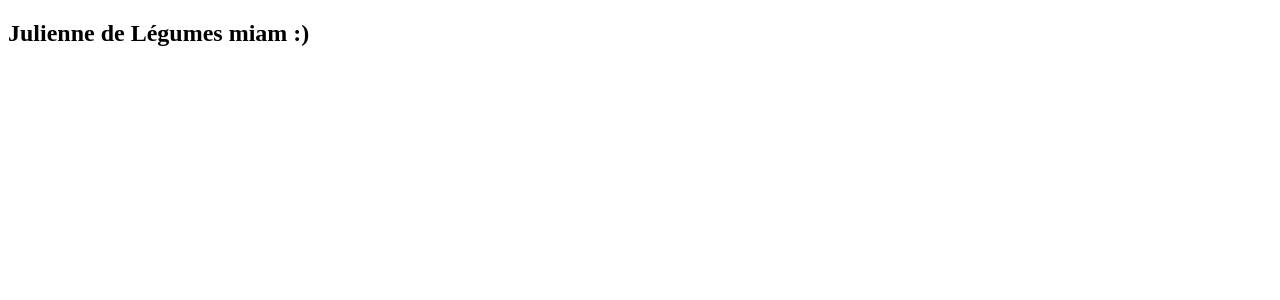
Repository: klevish/marmitonade.github.io
Page: julienne_de_legumes.html
These files come from the project's save history. The page is drawn as it stood at one moment and after the next save; the edit follows.
The browser window is 1280 px wide. The pictures show the whole page.

Above is the page before, as saved 2022-06-13 16:16:02.

After the next save:
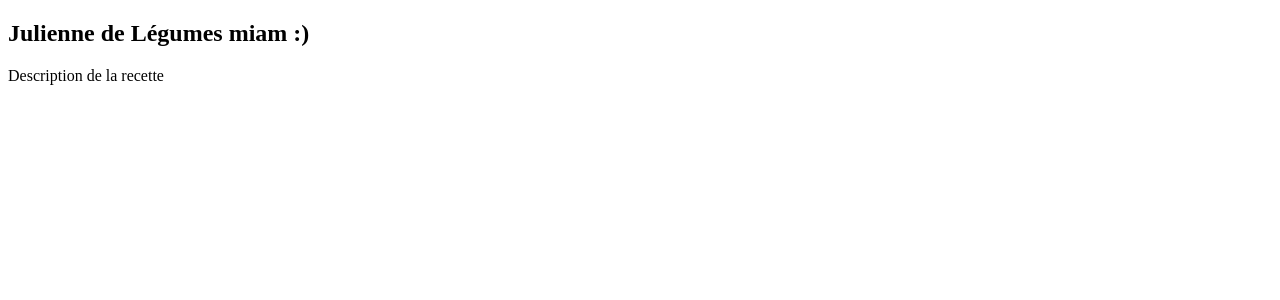
Saved 4 s later.
--- a/julienne_de_legumes.html
+++ b/julienne_de_legumes.html
@@ -14,6 +14,7 @@
     </section>
 
     <section>
+        Description de la recette
         <p></p>
     </section>
 </body>
